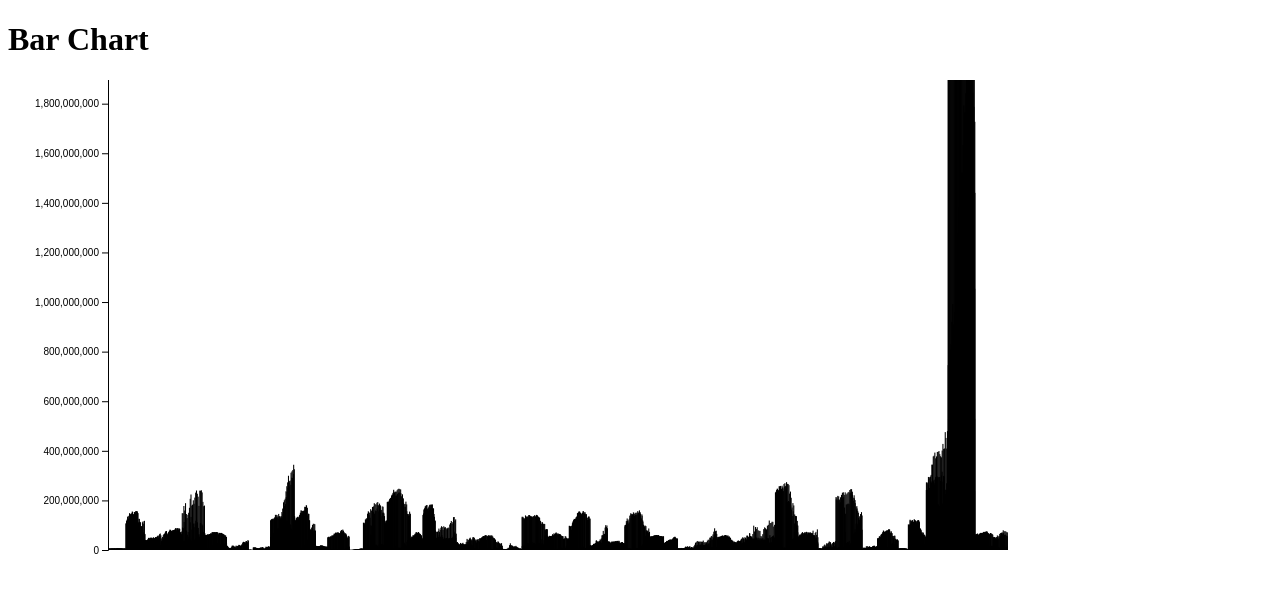
Repository: komalharjani/d3js-visualisation
Page: index.html
These files come from the project's save history. The page is drawn as it stood at one moment and after the next save; the edit follows.
The browser window is 1280 px wide. The pictures show the whole page.

Above is the page before, as saved 2020-04-29 22:27:11.

After the next save:
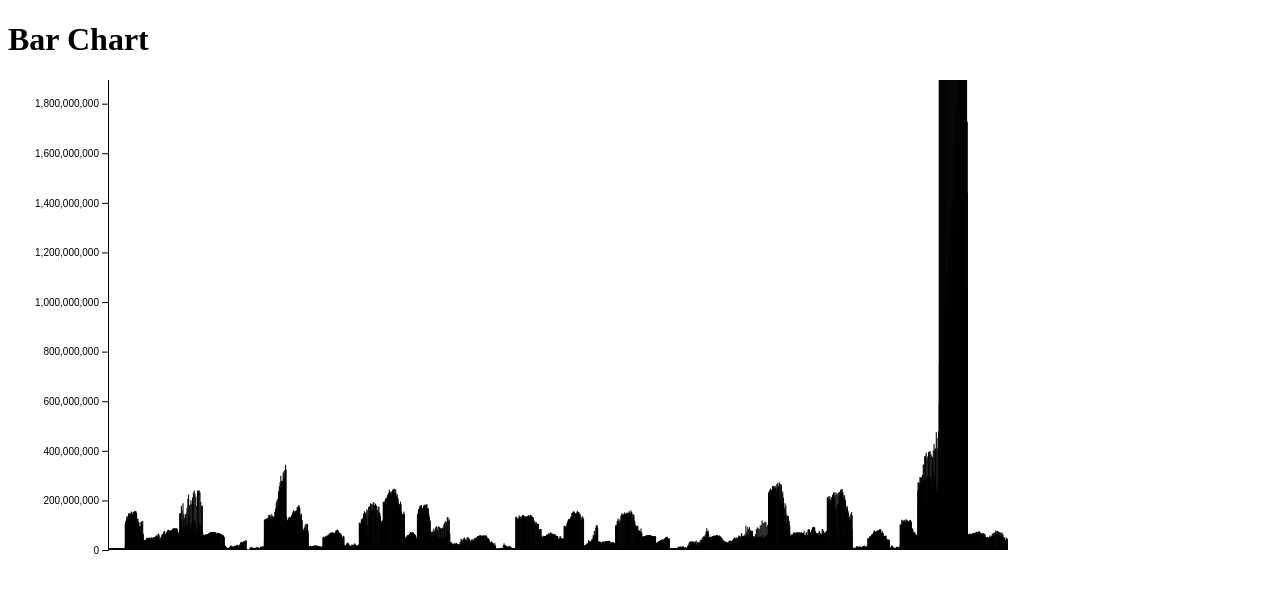
Saved 17 s later.
--- a/index.js
+++ b/index.js
@@ -23,7 +23,7 @@ d3.csv(dataPath)
                 //console.log(finals);
 
                 for(let j=0; j < data.length; j++) {
-                        if(data[j].energySrc == "Coal" || data[j].energySrc == "Petroleum" || data[j].energySrc == "Petroleum" || data[j].energySrc == "Natural Gas" ) {
+                        if(data[j].energySrc == "Coal" || data[j].energySrc == "Petroleum" || data[j].energySrc == "Hydroelectric Conventional" || data[j].energySrc == "Natural Gas" ) {
                                 finals.push({
                                         amount: parseInt(data[j].amount),
                                         type: data[j].energySrc,
